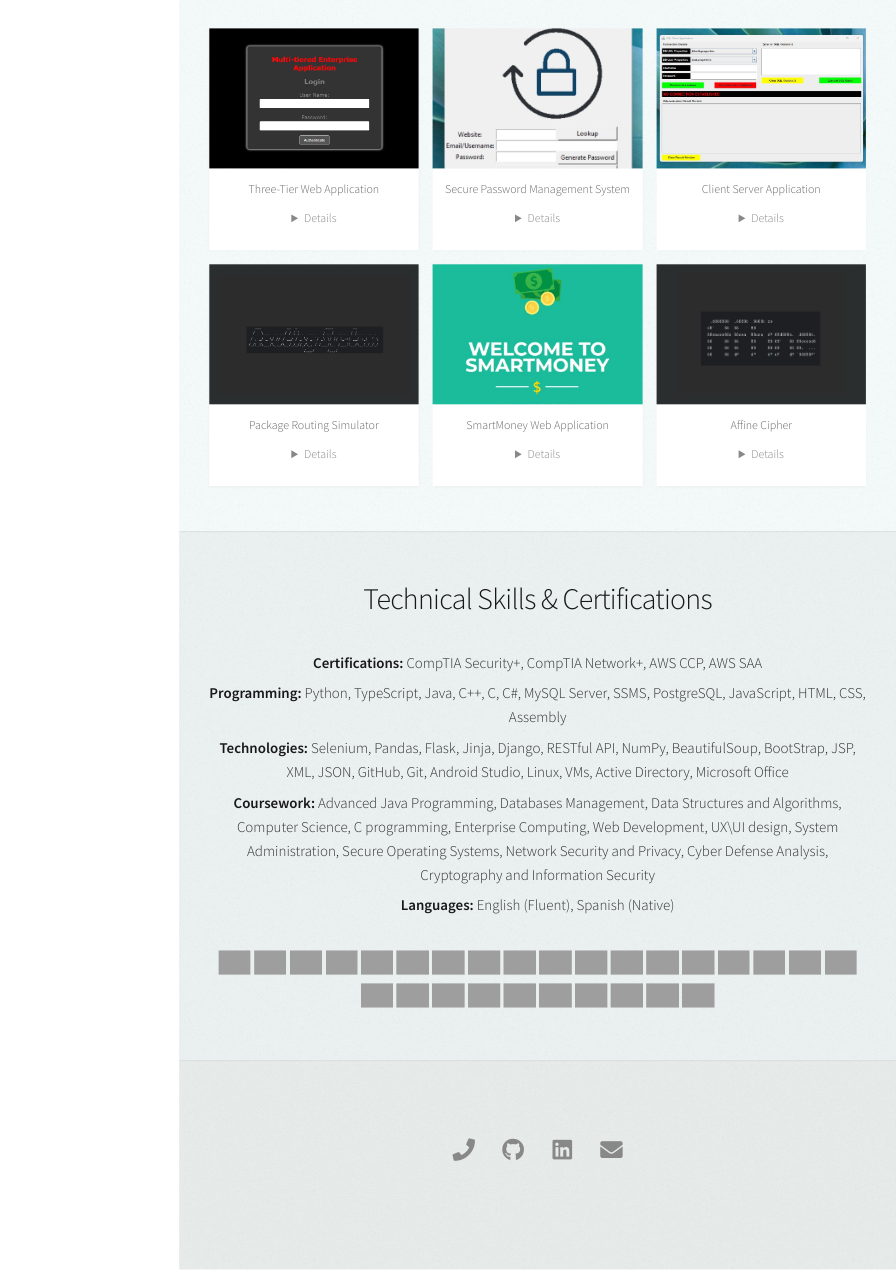
Repository: aaurdanet/Portfolio
Page: index.html
These files come from the project's save history. The page is drawn as it stood at one moment and after the next save; the edit follows.
The browser window is 1280 px wide. The pictures show the part of the page from y = 1151 to 3071 px (the page is 2965 px tall before and 3071 px after), at 70% of full size.
Pictures or frames that could not be fetched are drawn as grey boxes.

Above is the page before, as saved 2025-08-08 17:07:55.

After the next save:
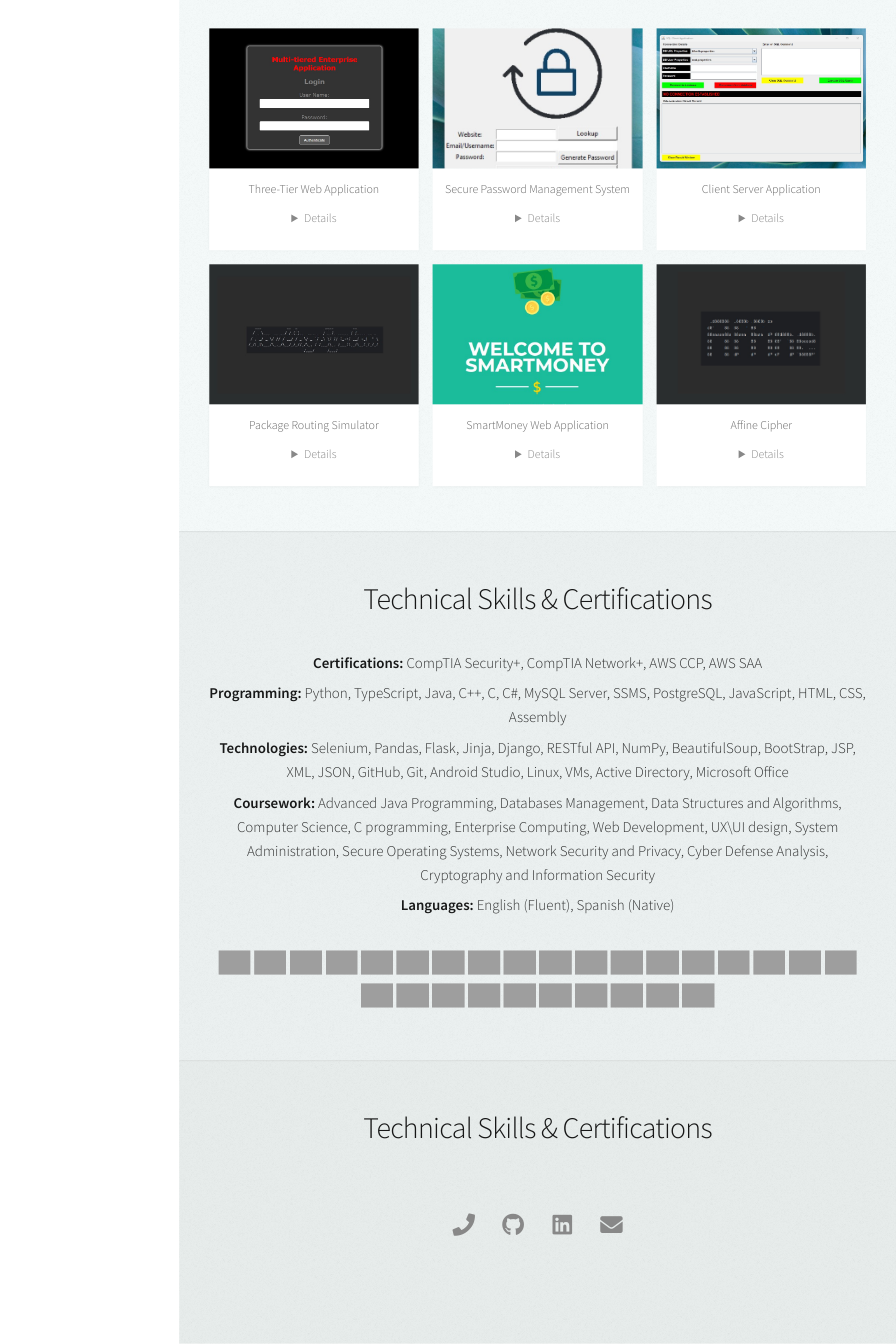
Saved 69 s later.
--- a/index.html
+++ b/index.html
@@ -334,6 +334,9 @@
 
 		<section id="contact" class="four">
 			<div class="container">
+				<header>
+					<h2>Technical Skills & Certifications</h2>
+				</header>
 				<div class="bottom">
 					<ul class="icons">
 						<li><a href="tel:+17737079720" class="icon solid fa-phone"><span
